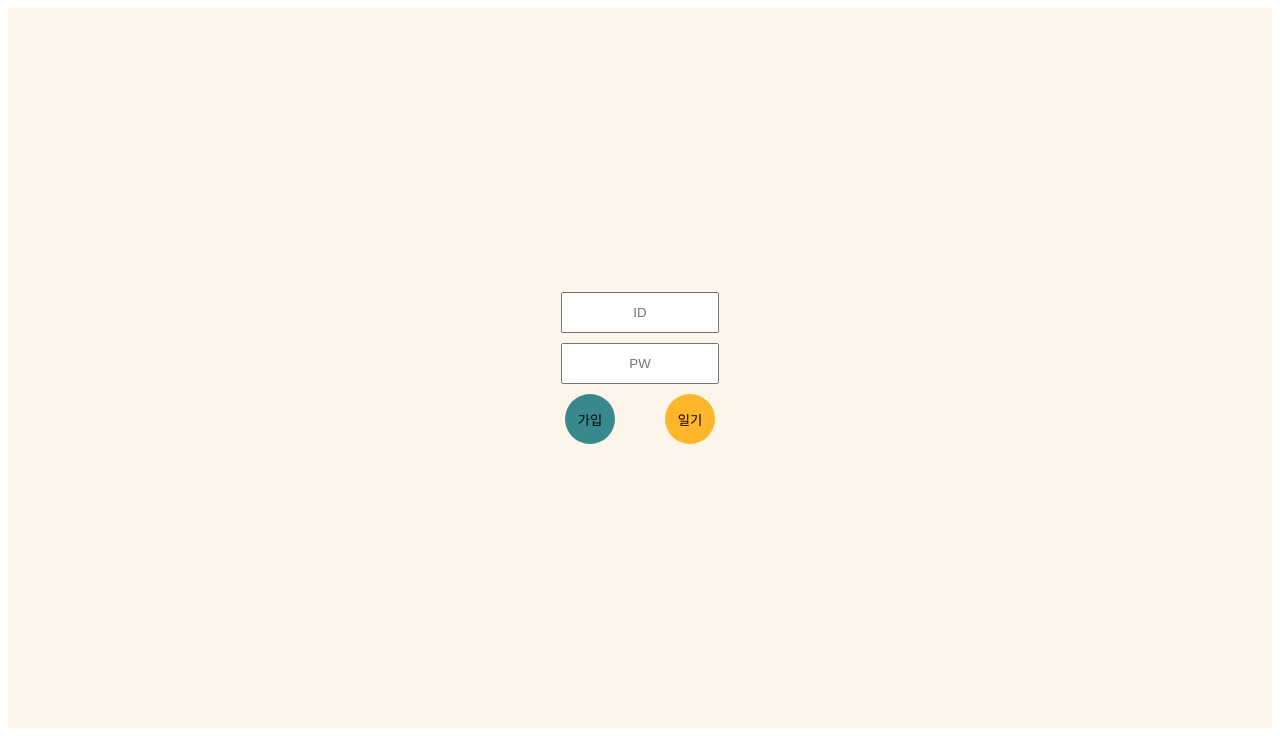
Repository: IMHANA/diary
Page: /
An editor plug-in stored every save of this project. The page is shown before and after the next save, followed by the edit.
The browser window is 1280 px wide. The pictures show the whole page.
The project was rebuilt for these pictures with package versions that can differ from the ones it lists, and the page was loaded fresh each time. Also part of the build but not shown: src/App.css, src/pages/Month/month.js, src/pages/DayList/dayList.js.

Above is the page before, as saved 2021-08-05 15:03:26.

After the next save:
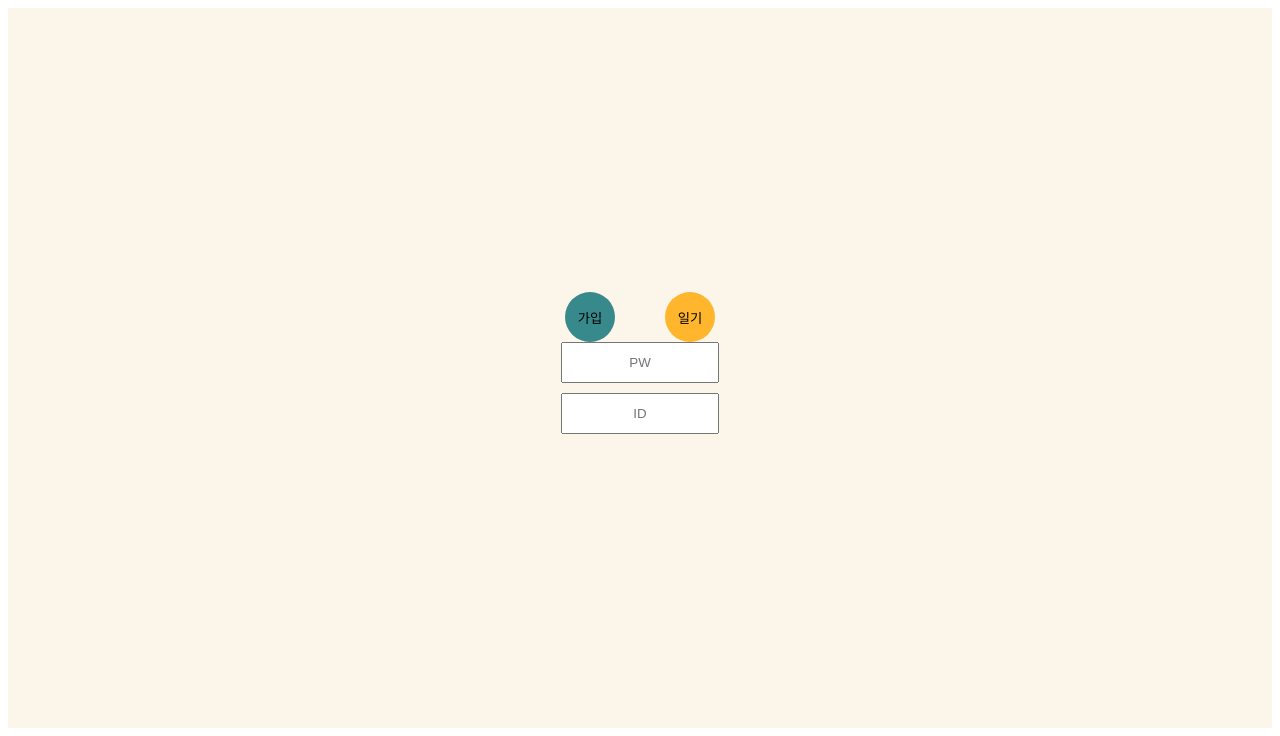
Saved 96 s later.
--- a/src/pages/DayList/dayList.css
+++ b/src/pages/DayList/dayList.css
@@ -1,6 +1,6 @@
 #container {
     display: flex;
-    flex-direction: column;
+    flex-direction: column-reverse;
     justify-content: center;
-    align-items: left;
+    align-items: center;
 }
